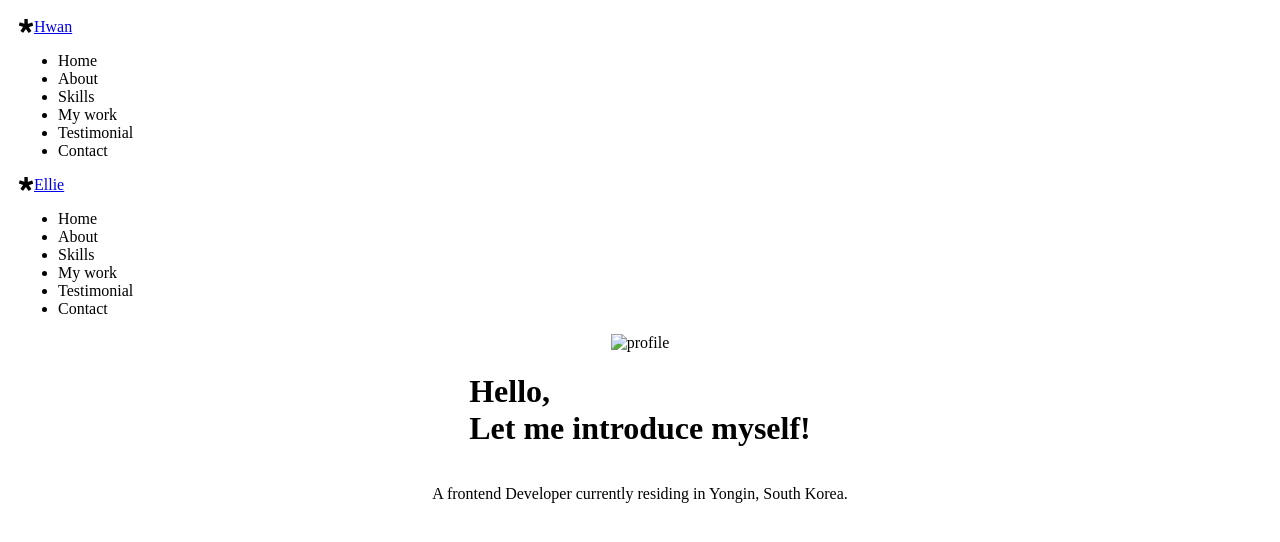
Repository: dhchun1203/Portfolio
Page: index.html
The author's editor kept a copy of each file at every save. The page is drawn from the files as they stood at one save, then again after the next save.
The browser window is 1280 px wide. The pictures show the whole page.
Some web libraries are served in a nearby version.

Above is the page before, as saved 2020-12-02 16:02:56.

After the next save:
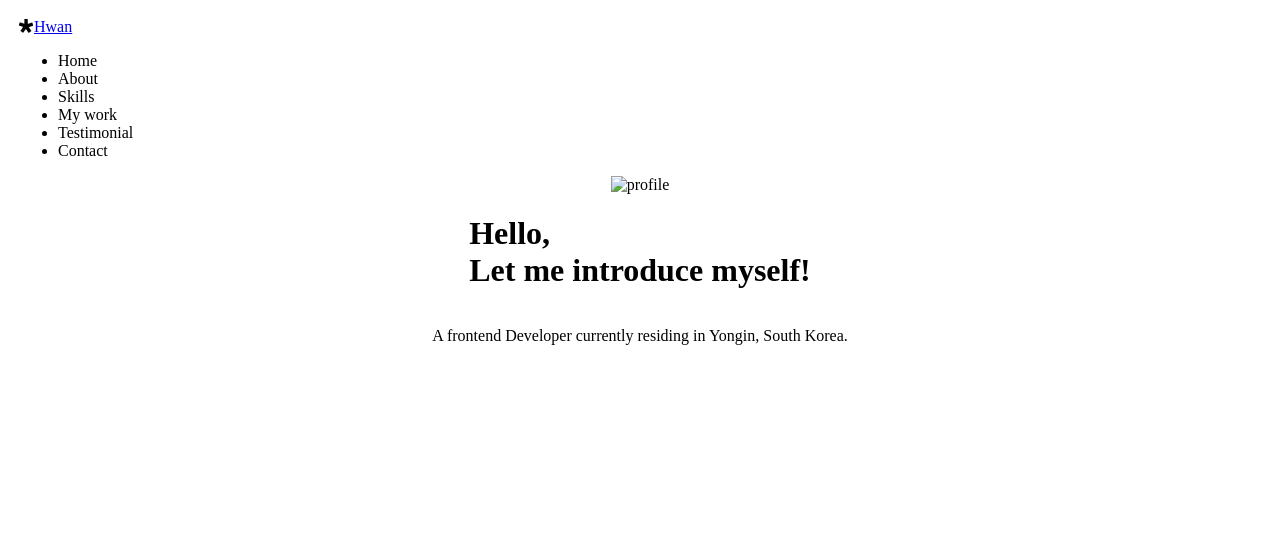
Saved 17 s later.
--- a/index.html
+++ b/index.html
@@ -39,22 +39,6 @@
 				</ul>
 			</div>
 		</nav>
-		<nav id="navbar">
-			<div class="navbar__logo">
-				<i class="fab fa-diaspora"></i>
-				<a href="#">Ellie</a>
-			</div>
-			<div class="navbar__menu">
-				<ul class="navbar__menu">
-					<li class="navbar__menu__item">Home</li>
-					<li class="navbar__menu__item">About</li>
-					<li class="navbar__menu__item">Skills</li>
-					<li class="navbar__menu__item">My work</li>
-					<li class="navbar__menu__item">Testimonial</li>
-					<li class="navbar__menu__item">Contact</li>
-				</ul>
-			</div>
-		</nav>
 
 		<div class="content">
 			<div class="content__img"><img src="" alt="profile" /></div>
